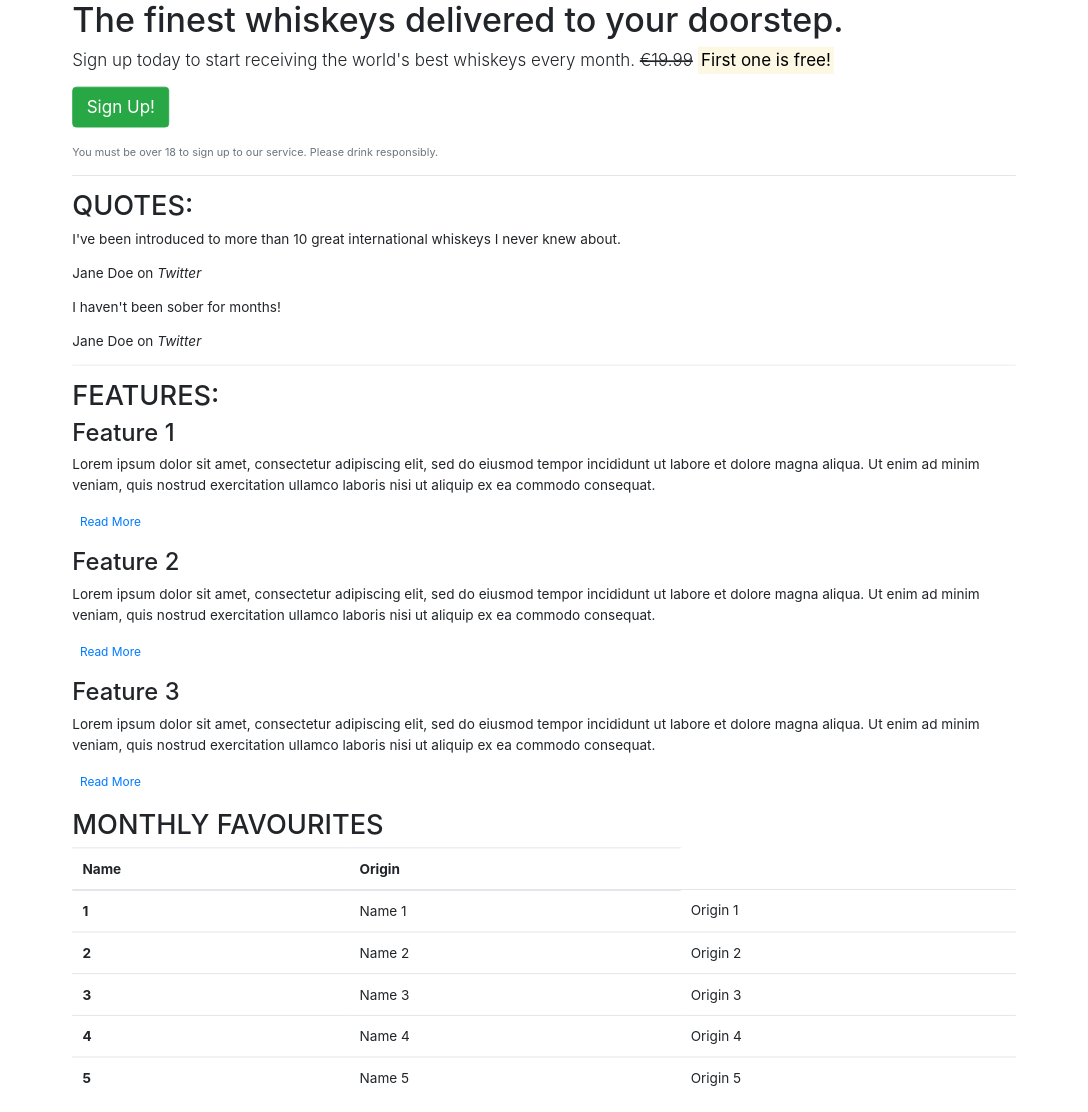
Repository: ElaineArchbold/bootstrap_landing_page1
Page: index.html
The author's editor kept a record of every edit. The page is drawn from the files as they stood at one moment, then again after the next edit.
The browser window is 1280 px wide. The pictures show the whole page, at 85% of full size.

Above is the page before.

After the next edit:
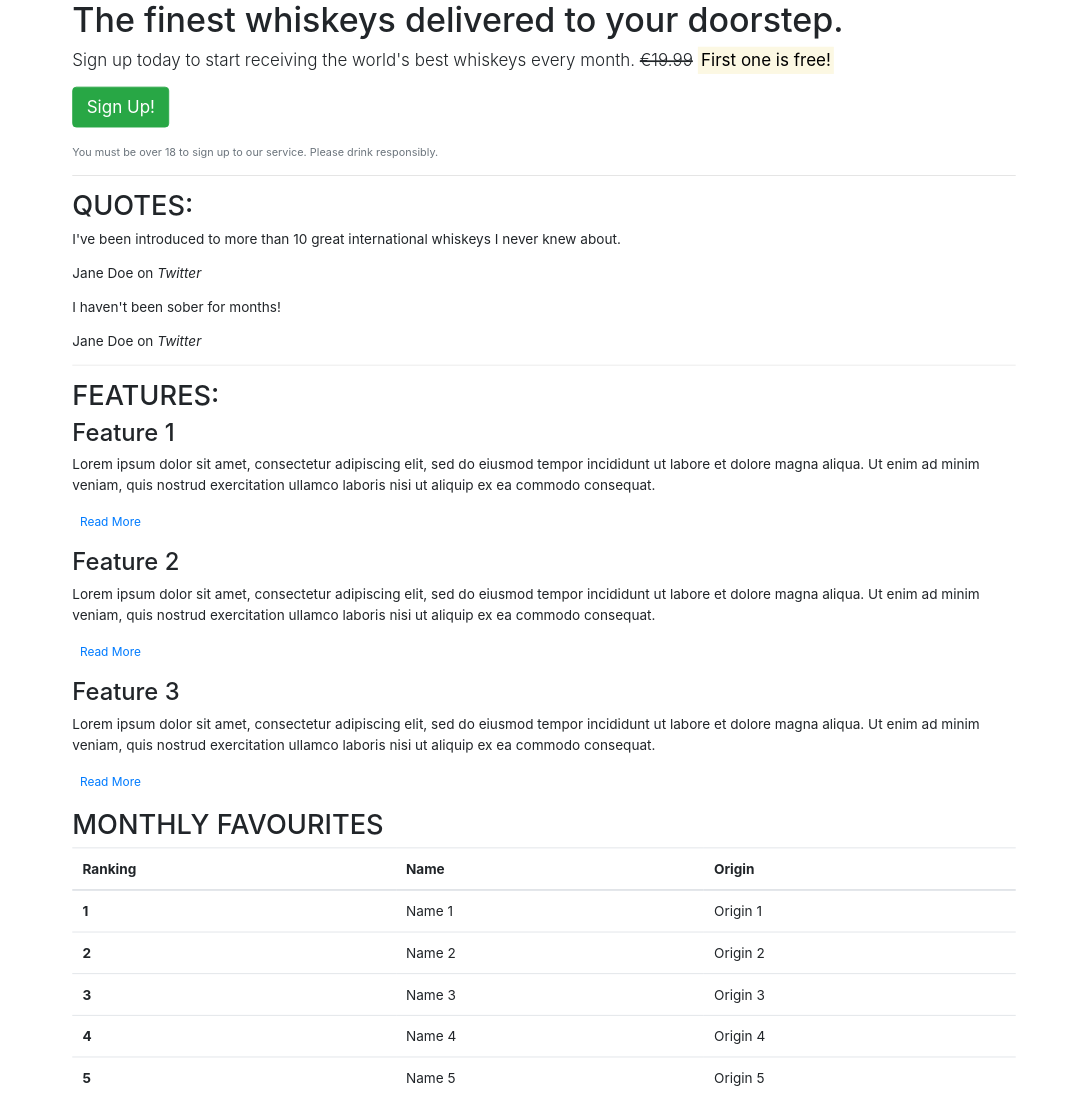
The edit:
--- a/index.html
+++ b/index.html
@@ -62,6 +62,7 @@
             <table class="table">
   <thead>
     <tr>
+      <th scope="col">Ranking</th>
       <th scope="col">Name</th>
       <th scope="col">Origin</th>
     </tr>
